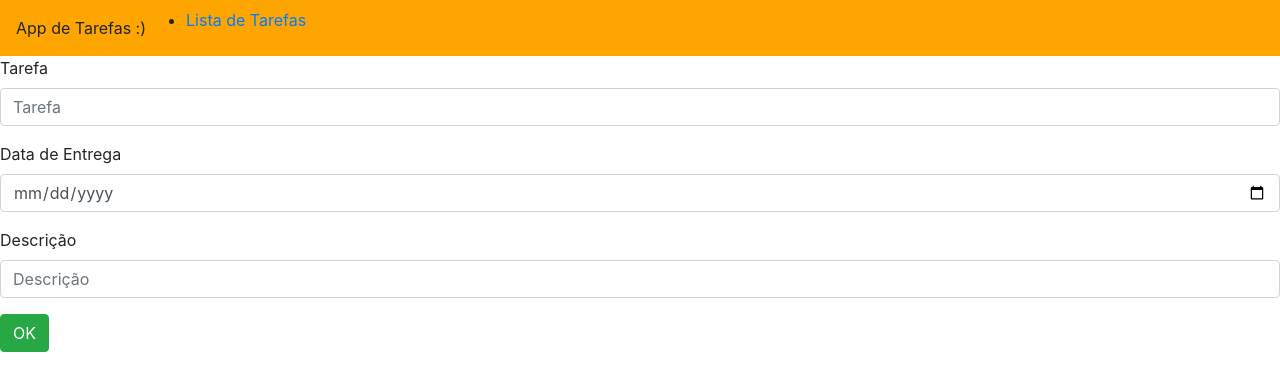
Repository: sophiaks/CRUD
Page: http://localhost/Projeto1/Views/adiciona.jsp
The author's editor kept a copy of each file at every save. The page is drawn from the files as they stood at one save, then again after the next save.
The browser window is 1280 px wide. The pictures show the whole page.
The page is served by Tomcat 9. Nobody is signed in. The application's start-up code is not run.

Above is the page before, as saved 2020-09-23 19:20:40.

After the next save:
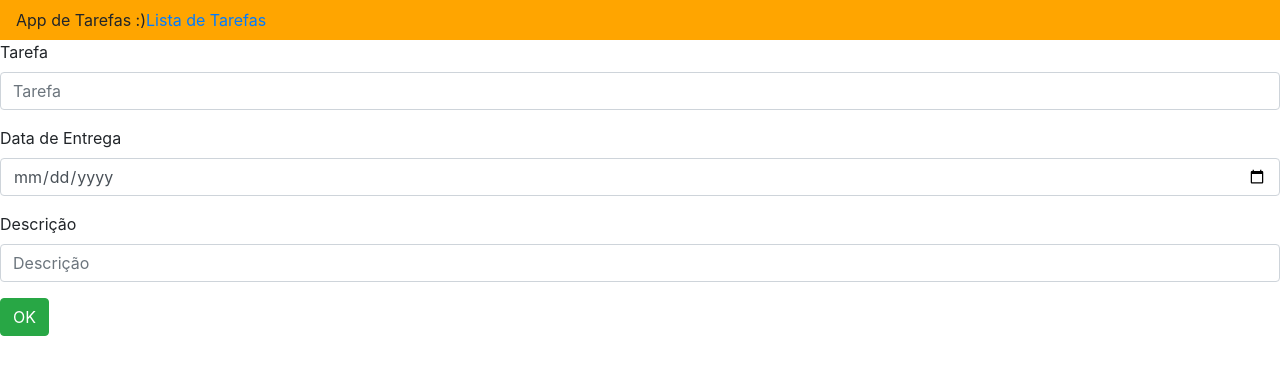
Saved 109 s later.
--- a/WorkspaceP1/Projeto1/WebContent/Views/adiciona.jsp
+++ b/WorkspaceP1/Projeto1/WebContent/Views/adiciona.jsp
@@ -21,9 +21,8 @@
 		<div>
 			App de Tarefas :)
 		</div>
-		<ul>
-			<li><a href="<%=request.getContextPath()%>/Views/lista.jsp">Lista de Tarefas</a></li>
-		</ul>
+		<a href="<%=request.getContextPath()%>/Views/lista.jsp">Lista de Tarefas</a>
+
 
 
 		</nav>
